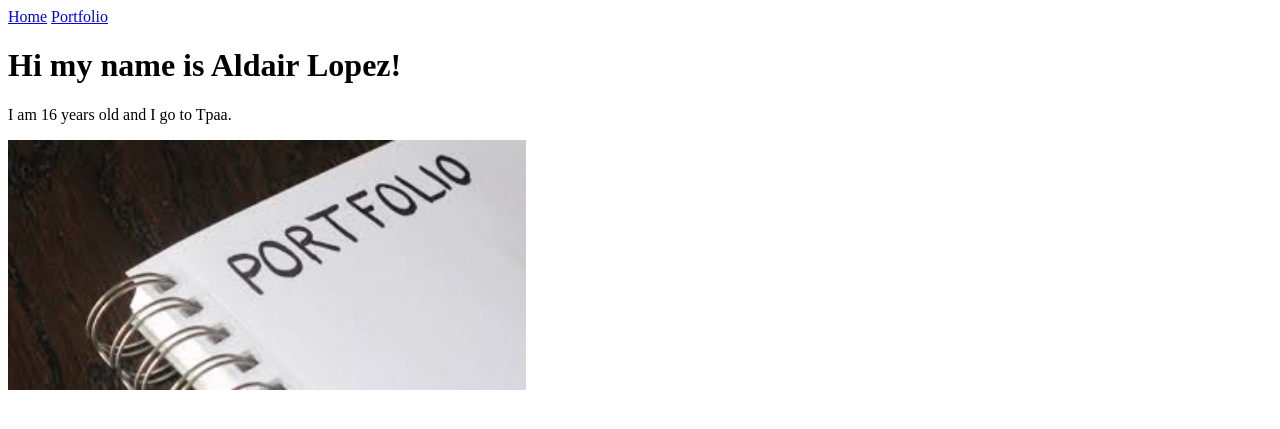
Repository: alopez2019/alopez2019.github.io
Page: my_website/about me.html
The author's editor kept a record of every edit. The page is drawn from the files as they stood at one moment, then again after the next edit.
The browser window is 1280 px wide. The pictures show the whole page.

Above is the page before.

After the next edit:
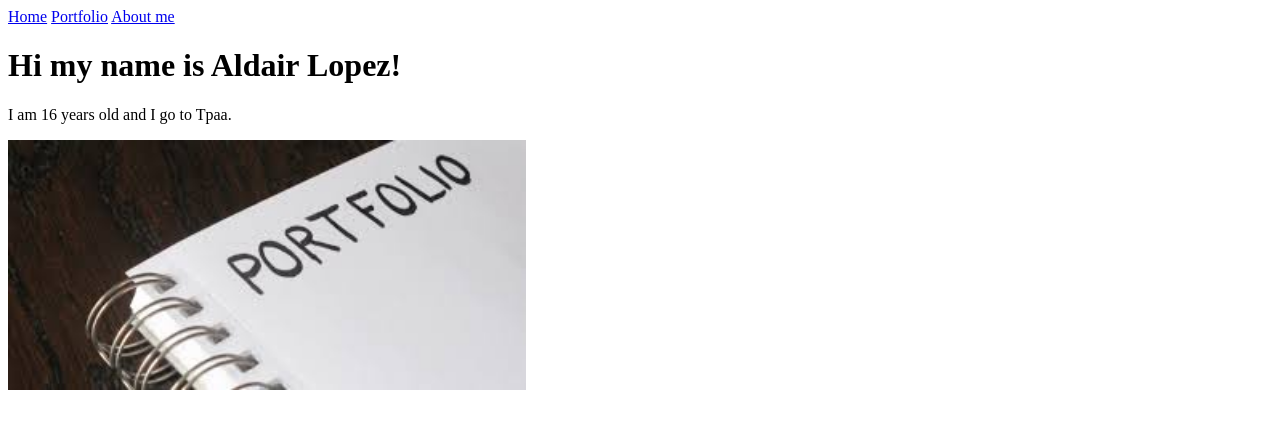
The edit:
--- a/my_website/about me.html
+++ b/my_website/about me.html
@@ -7,6 +7,7 @@
 	  <body>
     <a href="index.html">Home</a>
     <a href="portfolio.html">Portfolio</a>
+    <a href="about me.html">About me</a>
     <h1>Hi my name is Aldair Lopez!</h1>
     <p>I am 16 years old and I go to Tpaa.</p>
     <img src="images/portfolio.jpg" height="250">
